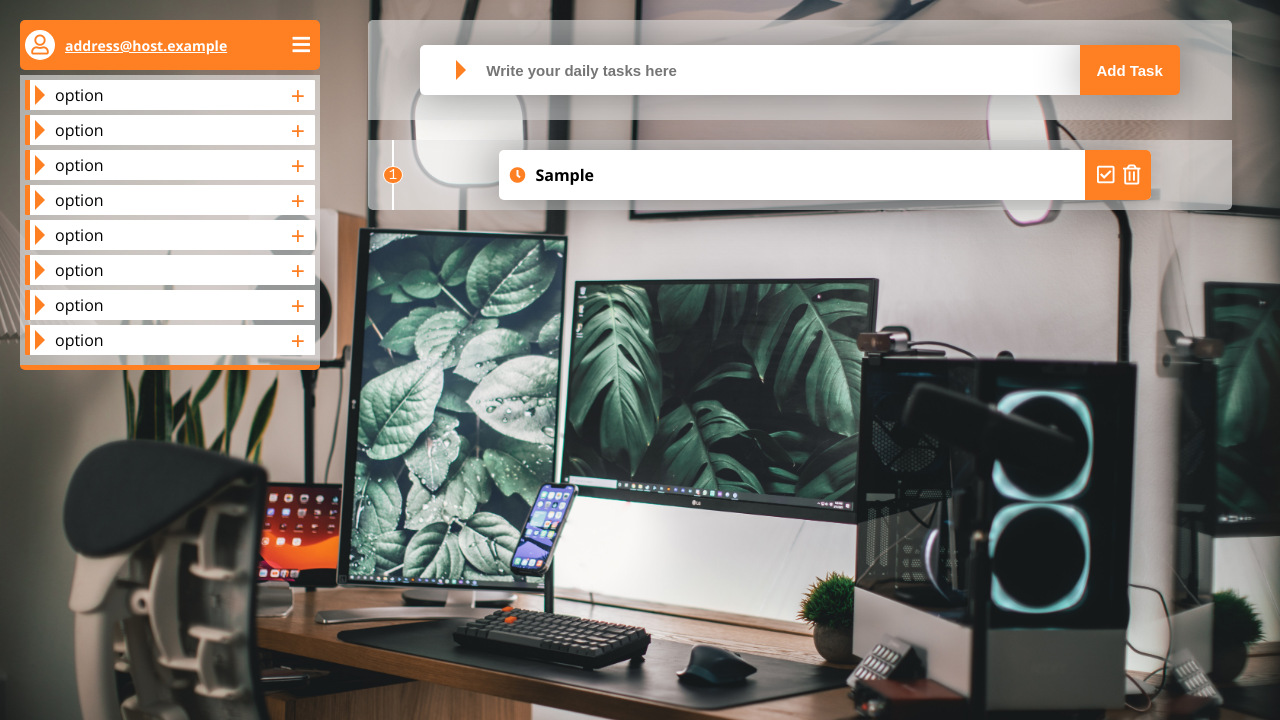
Repository: OmarEssameldinMousa/To-do-list-level01
Page: index.html
The author's editor kept a copy of each file at every save. The page is drawn from the files as they stood at one save, then again after the next save.
The browser window is 1280 px wide. The pictures show the whole page.
Empty fields were first filled with sample values (such as "Sample", 5 or name@example.com).
After loading, the first visible `input.add` was clicked once.

Above is the page before, as saved 2023-08-10 01:55:58.

After the next save:
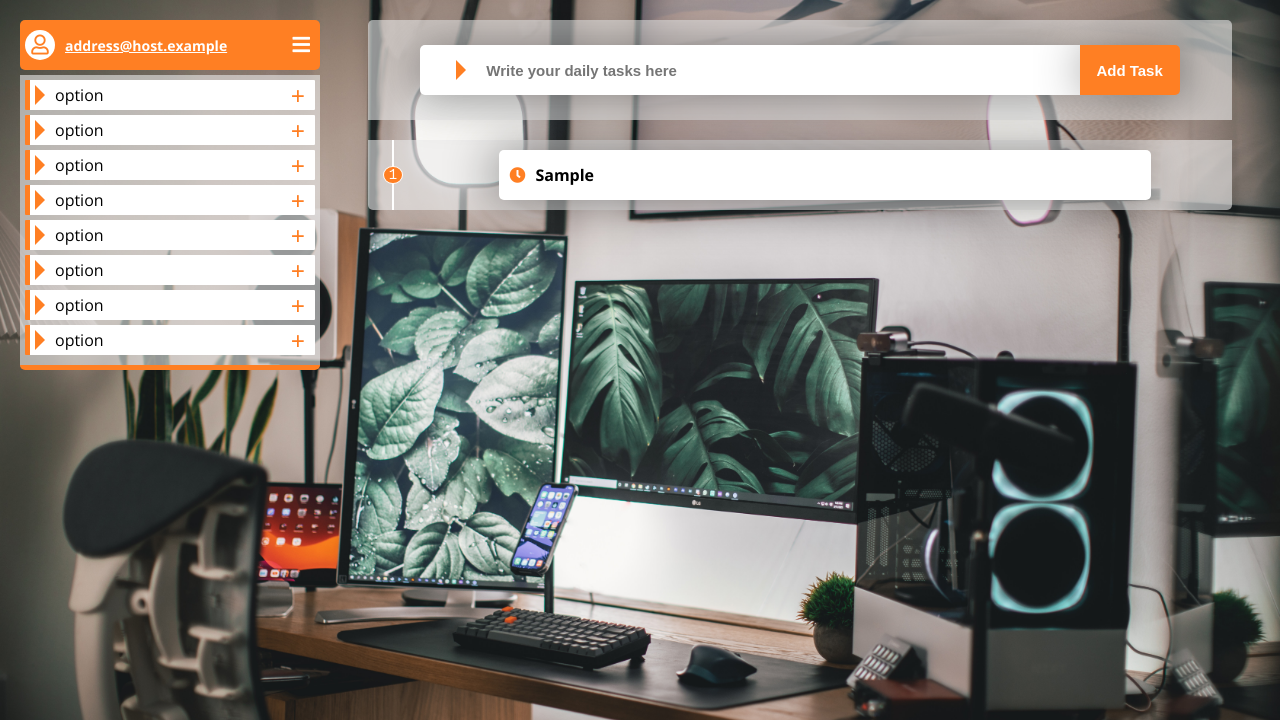
Saved 29 s later.
--- a/main.css
+++ b/main.css
@@ -236,7 +236,7 @@ li .toggle {
 }
 
 
-.container .tasks .tasks-container .task::after {
+/* .container .tasks .tasks-container .task::after {
     content: "";
     width: 10%;
     height: 100%;
@@ -247,7 +247,7 @@ li .toggle {
     z-index: 0;
     border-top-right-radius: 5px;
     border-bottom-right-radius: 5px;
-}
+} */
 
 .container .tasks .tasks-container .task i:first-of-type {
     position: absolute;
